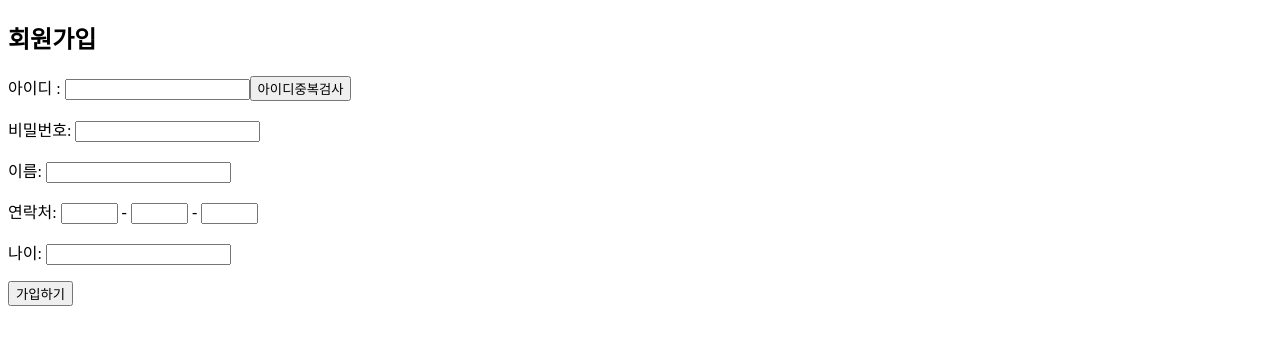
Repository: JaeYoon0935/lcom-servlet-jsp
Page: http://localhost/lcomputerstudy/newjoin.jsp
These files come from the project's save history. The page is drawn as it stood at one moment and after the next save; the edit follows.
The browser window is 1280 px wide. The pictures show the whole page.
The page is served by Tomcat 9. Other server files are loaded and not shown.

Above is the page before, as saved 2020-09-17 13:12:06.

### lcomputerstudy/WebContent/newjoin.jsp
<%@ page language="java" contentType="text/html; charset=EUC-KR"
    pageEncoding="EUC-KR"%>
<!DOCTYPE html>
<html>
<head>
<meta charset="EUC-KR">
<title>JSP로 회원가입 만들기</title>
</head>
<body>
	<h2>회원가입</h2>
	<form action="#" name="user" method="post">
	<%-- #이 무엇인가? --%>
	<p> 아이디 : <input type="text" name ="id"><input type="button" value ="아이디중복검사"></p>
	<p> 비밀번호: <input type="password" name="password"></p>
	<p> 이름: <input type="text" name="name">
	<p> 연락처: <input type="text" maxlength="4" size="4" name ="tel1"> -
			  <input type="text" maxlength="4" size="4" name ="tel2"> -
			  <input type="text" maxlength="4" size="4" name ="tel3">
	</p>
	<p> 나이: <input type="text" name = "age"></p>
	<p> <input type="submit" value ="가입하기"></p>
	</form>
</body>
</html>

After the next save:
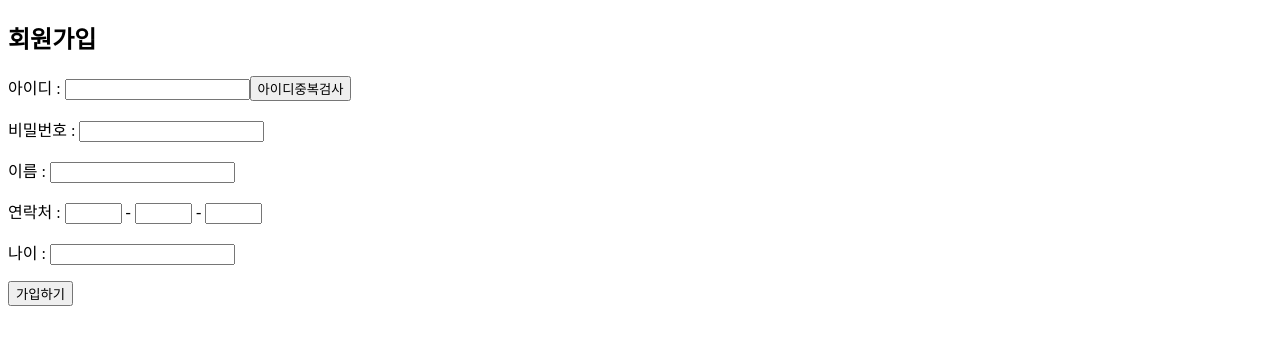
Saved 22 s later.
--- a/lcomputerstudy/WebContent/newjoin.jsp
+++ b/lcomputerstudy/WebContent/newjoin.jsp
@@ -11,13 +11,13 @@
 	<form action="#" name="user" method="post">
 	<%-- #이 무엇인가? --%>
 	<p> 아이디 : <input type="text" name ="id"><input type="button" value ="아이디중복검사"></p>
-	<p> 비밀번호: <input type="password" name="password"></p>
-	<p> 이름: <input type="text" name="name">
-	<p> 연락처: <input type="text" maxlength="4" size="4" name ="tel1"> -
+	<p> 비밀번호 : <input type="password" name="password"></p>
+	<p> 이름 : <input type="text" name="name">
+	<p> 연락처 : <input type="text" maxlength="4" size="4" name ="tel1"> -
 			  <input type="text" maxlength="4" size="4" name ="tel2"> -
 			  <input type="text" maxlength="4" size="4" name ="tel3">
 	</p>
-	<p> 나이: <input type="text" name = "age"></p>
+	<p> 나이 : <input type="text" name = "age"></p>
 	<p> <input type="submit" value ="가입하기"></p>
 	</form>
 </body>
